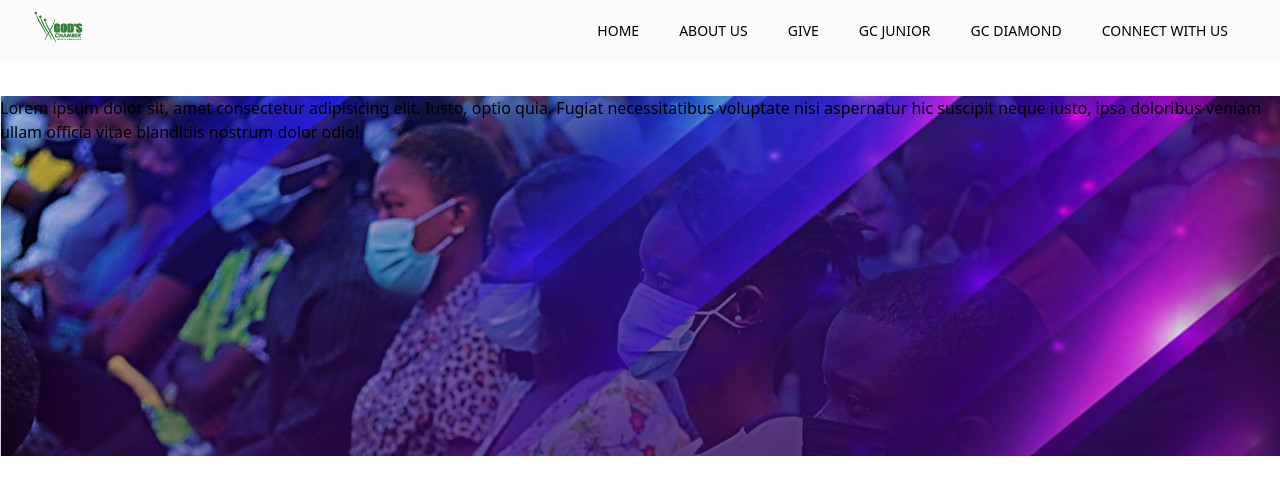
Repository: hisreal123/godschamber-church-main
Page: /
The author's editor kept a copy of each file at every save. The page is drawn from the files as they stood at one save, then again after the next save.
The browser window is 1280 px wide. The pictures show the whole page.
The project was rebuilt for these pictures with package versions that can differ from the ones it lists, and the page was loaded fresh each time. The framework's server and built-in components were replaced by stand-ins that run in the browser. Also part of the build but not shown: next.config.js.

Above is the page before, as saved 2022-08-14 21:40:26.

### pages/index.tsx
import type { NextPage } from "next";
import Head from "next/head";
import Banner from "../components/Banner";
import Footer from "../components/Footer";

import Header from "../components/Header";

const Home: NextPage = () => {
  return (
    <div className="">
      <Head>
        <title>Create Next App</title>
        <meta name="description" content="Generated by create next app" />
        <link rel="icon" href="/favicon.ico" />
      </Head>

      <Header />
      <p>Hi</p>
      <Footer />
      <Banner />
    </div>
  );
};

export default Home;

### components/Banner.tsx
import React from "react";

const Banner = () => {
  return (
    <div className=" bg-image relative mt-12 bg-red-200 h-[360px] " >
      Lorem ipsum dolor sit, amet consectetur adipisicing elit. Iusto, optio
      quia. Fugiat necessitatibus voluptate nisi aspernatur hic suscipit neque
      iusto, ipsa doloribus veniam ullam officia vitae blanditiis nostrum dolor
      odio!
    </div>
  );
};

export default Banner;

### components/Header.tsx
import React, { useState, useEffect } from "react";
import logo from "/public/assets/PageLogo.png";
import Nav from "./Navs";
import Image from "next/image";
import {BiMenu} from "react-icons/bi";

const Header = () => {
  const [toggle, setToggle] = useState(true);

  // function to handle toggle and set toggle to opposite of it
  const handleToggle = () => {
    setToggle(!toggle);
  };

  useEffect(() => {
    console.log(" Consoled !!!");
  }, []);

  //  variable style for CustomStyle from ListItems Component
  const LinkStyle =
    " w-full block py-3 px-0 hover:text-white hover:bg-[#0C4E12] pl-2 text-sm md:px-5 md:m-0 md:bg-[transparent]";

  return (
    <div className=" fixed top-0 w-full bg-[#FBFBFB] md:flex justify-between md:items-center ">
      <div className="mobile bg-[#222222] md:bg-[#fbfbfb] relative flex items-center  px-3 justify-between w-full md:px-8   ">
        <a href="http://www.facebok.com" className="">
          <Image
            src={logo}
            alt=" Page logo"
            height="56"
            width="56px"
            // layout="responsive"
          />
        </a>

        <div className=" md:hidden" onClick={handleToggle}>
          <BiMenu size="2rem" color="white" />
        </div>

        <div className="hidden md:flex md:items-center transition-all">
          <Nav url="www.fb.com " item="HOME" CustomStyle={LinkStyle} />
          <Nav url="www.fb.com " item="ABOUT US" CustomStyle={LinkStyle} />
          <Nav url="www.fb.com " item="GIVE" CustomStyle={LinkStyle} />
          <Nav url="www.fb.com " item="GC JUNIOR" CustomStyle={LinkStyle} />
          <Nav url="www.fb.com " item="GC DIAMOND" CustomStyle={LinkStyle} />
          <Nav
            url="www.fb.com "
            item="CONNECT WITH US "
            CustomStyle={LinkStyle}
          />
        </div>
      </div>

      {/* nav List */}
      {!toggle && (
        <div className="transition-all">
          <Nav url="www.fb.com " item="HOME" CustomStyle={LinkStyle} />
          <Nav url="www.fb.com " item="ABOUT US" CustomStyle={LinkStyle} />
          <Nav url="www.fb.com " item="GIVE" CustomStyle={LinkStyle} />
          <Nav url="www.fb.com " item="GC JUNIOR" CustomStyle={LinkStyle} />
          <Nav url="www.fb.com " item="GC DIAMOND" CustomStyle={LinkStyle} />
        </div>
      )}
    </div>
  );
};

export default Header;

### components/Navs.tsx
import React from "react";
import ListItems from "./ListItems";
import { NavProps } from "./NavProps";

const Nav = (props: NavProps) => {
  return (
    <nav className="">
      <ListItems
        url={props.url}
        item={props.item}
        CustomStyle={props.CustomStyle}
      />
    </nav>
  );
};

export default Nav;

// TODO: Passed the  Listitem into this Parent component and passed same to Header Component ,since we could reuse the ListItem component in the Footer also

### components/ListItems.tsx
import React from "react";
import { NavProps } from "./NavProps";

const ListItems = (props: NavProps) => {
  return (
    <div className=" ">
      <a href={props.url} key={props.item} className={props.CustomStyle}>
        {props.item}
      </a>
    </div>
  );
};

export default ListItems;

### tailwind.config.js
/** @type {import('tailwindcss').Config} */
module.exports = {
  content: [
    "./pages/**/*.{js,ts,jsx,tsx}",
    "./components/**/*.{js,ts,jsx,tsx}",
  ],
  theme: {
    extend: {
      backgroundImage: {
        image: "url('/public/assets/banner.jpg')",
      },
    },
  },
  plugins: [],
};

Loaded but not shown: pages/_app.tsx (common file); styles/globals.css (common file); components/Footer.tsx (common file)

After the next save:
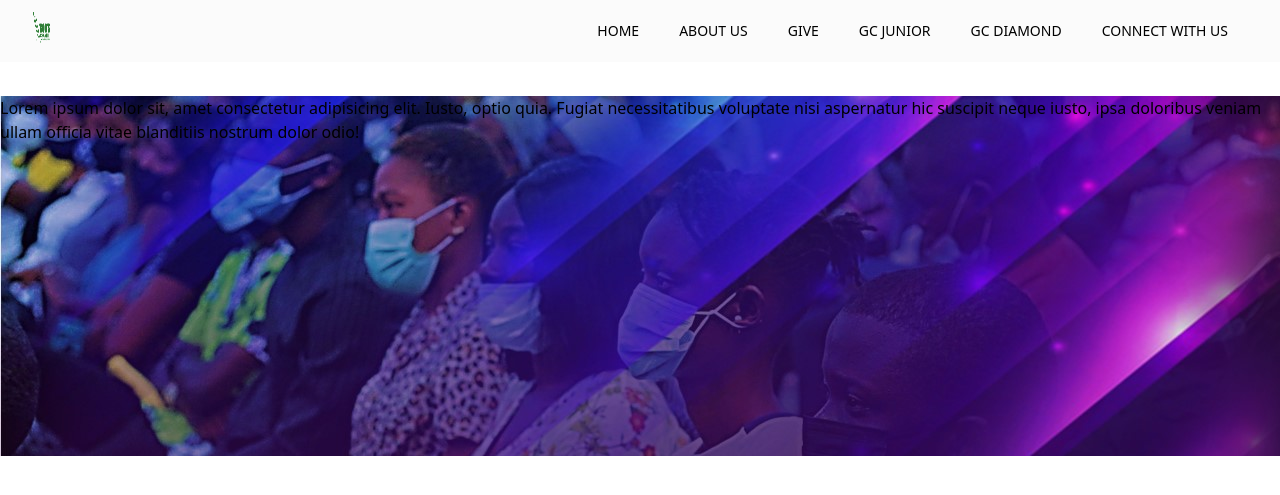
Saved 5 s later.
--- a/components/Header.tsx
+++ b/components/Header.tsx
@@ -28,7 +28,7 @@ const Header = () => {
             src={logo}
             alt=" Page logo"
             height="56"
-            width="56px"
+            width="20"
             // layout="responsive"
           />
         </a>
